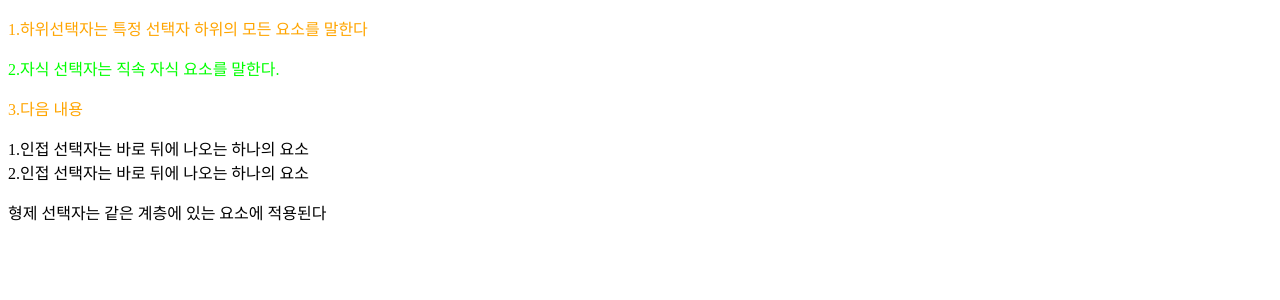
Repository: cleangggg/front
Page: css/ex03.html
The author's editor kept a copy of each file at every save. The page is drawn from the files as they stood at one save, then again after the next save.
The browser window is 1280 px wide. The pictures show the whole page.

Above is the page before, as saved 2023-05-25 00:44:22.

### css/ex03.html
<!DOCTYPE html>
<html>
<head>
<meta charset="UTF-8">
<title>Insert title here</title>
<style type="text/css">
	.box p {color : lime;} /*하위 선택자  */
	.box > p {color :orange;}
</style>

</head>
<body>

<div class ="box">
	<p>1.하위선택자는 특정 선택자 하위의 모든 요소를 말한다</p>
	<div>
		<p>2.자식 선택자는 직속 자식 요소를 말한다.</p>
	</div>
	<p>3.다음 내용</p>

</div>
<div>1.인접 선택자는 바로 뒤에 나오는 하나의 요소</div>
<div>2.인접 선택자는 바로 뒤에 나오는 하나의 요소</div>
<p>형제 선택자는 같은 계층에 있는 요소에 적용된다</p>

</body>
</html>

After the next save:
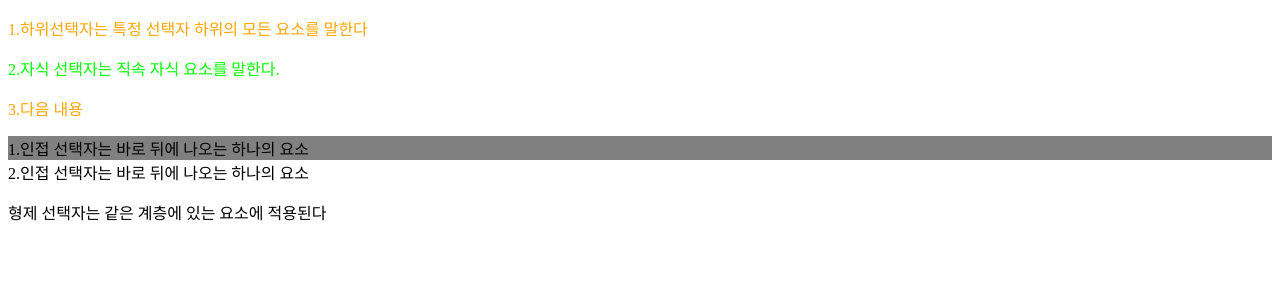
Saved 104 s later.
--- a/css/ex03.html
+++ b/css/ex03.html
@@ -5,7 +5,8 @@
 <title>Insert title here</title>
 <style type="text/css">
 	.box p {color : lime;} /*하위 선택자  */
-	.box > p {color :orange;}
+	.box > p {color :orange;}/* 자식 선택자 */
+	.box + div {background : gray;}
 </style>
 
 </head>
